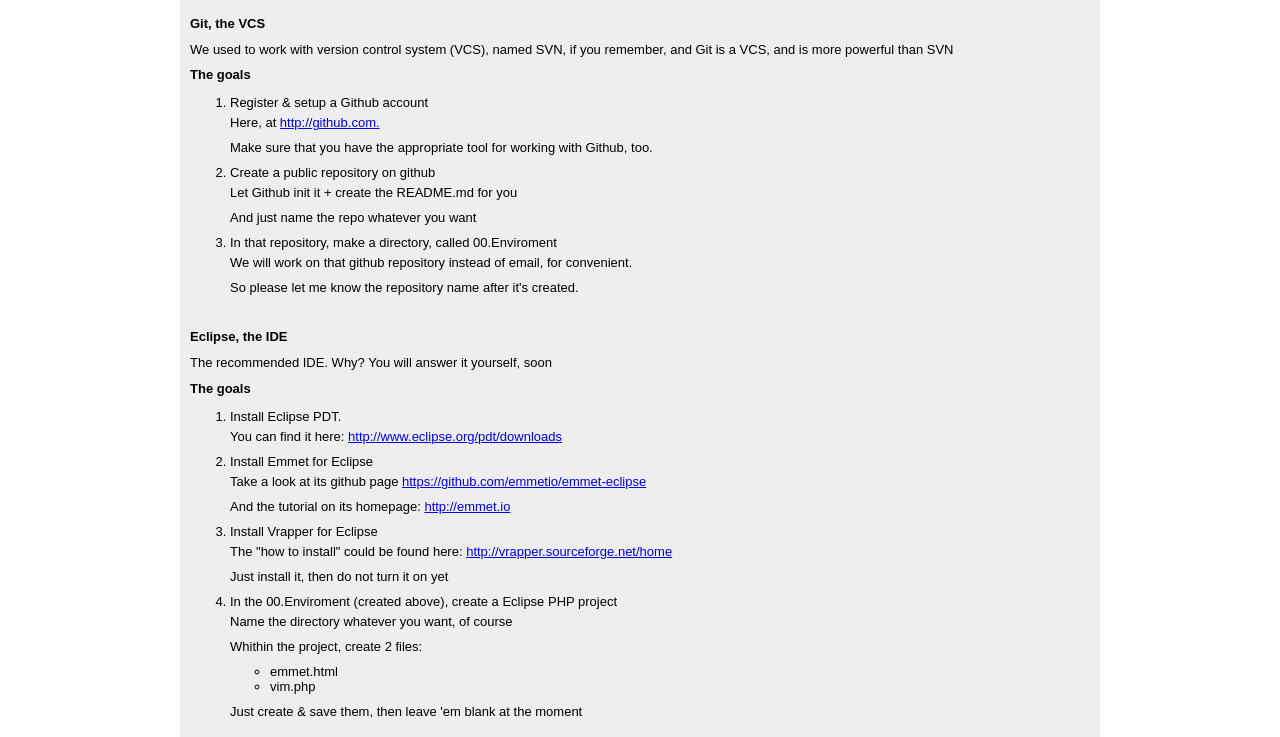
Repository: mrdo2010vn/00.enviroment
Page: 00.TestingEnviroment/emmet.html
These files come from the project's save history. The page is drawn as it stood at one moment and after the next save; the edit follows.
The browser window is 1280 px wide. The pictures show the whole page.

Above is the page before, as saved 2013-09-25 08:47:57.

### 00.TestingEnviroment/emmet.html
<!DOCTYPE html PUBLIC "-//W3C//DTD HTML 4.01 Transitional//EN" "http://www.w3.org/TR/html4/loose.dtd">
<html>
<head>
<meta http-equiv="Content-Type" content="text/html; charset=UTF-8">
<link rel="stylesheet" href="css/style.css" />
<title>00.Enviroment</title>
</head>
<body>
	<div class="part">
		<div class="title">
			<h2><span class="underscore">Git</span>, the VCS</h2>
			<p>We used to work with version control system (VCS), named SVN, if you remember, and Git is a VCS, and is more powerful than SVN</p>
		</div><!-- END .title -->
		<div class="content">
			<h2>The goals</h2>
			<ol>
				<li><span class="italic">Register & setup a Github account</span>
					<blockquote>
						<p>Here, at <a href="http://github.com">http://github.com.</a></p>
						<p>Make sure that you have the appropriate tool for working with Github, too.</p>
					</blockquote>
				</li>

				<li><span class="italic">Create a public repository on github</span>
					<blockquote>
						<p>Let Github init it + create the <span class="bold">README.md</span> for you</p>
						<p>And just name the repo whatever you want</p>
					</blockquote>
				</li>
				<li><span class="italic">In that repository, make a directory, called</span> <span class="bold italic">00.Enviroment</span>
					<blockquote>
						<p>We will work on that github repository instead of email, for convenient.</p>
						<p>So please let me know the repository name after it's created.</p>
					</blockquote>
				</li>
			</ol>
		</div><!-- END .content -->
	</div><!-- END .part -->

	<div class="part">
		<div class="title">
			<h2><span class="underscore">Eclipse</span>, the IDE</h2>
			<p>The recommended IDE. Why? You will answer it yourself, soon</p>
		</div><!-- END .title -->
		<div class="content">
			<h2>The goals</h2>
			<ol>
				<li><span class="italic">Install Eclipse PDT.</span>
					<blockquote>
						<p>You can find it here: <a href="http://www.eclipse.org/pdt/downloads">http://www.eclipse.org/pdt/downloads</a></p>
					</blockquote>
				</li>

				<li><span class="italic">Install Emmet for Eclipse</span>
					<blockquote>
						<p>Take a look at its github page <a href="https://github.com/emmetio/emmet-eclipse">https://github.com/emmetio/emmet-eclipse</a></p>
						<p>And the tutorial on its homepage: <a href="http://emmet.io">http://emmet.io</a></p>
					</blockquote>
				</li>
				<li><span class="italic">Install Vrapper for Eclipse</span>
					<blockquote>
						<p>The "how to install" could be found here: <a href="http://vrapper.sourceforge.net/home">http://vrapper.sourceforge.net/home</a></p>
						<p>Just install it, then <span class="bold">do not turn it on</span> yet</p>
					</blockquote>
				</li>
				<li><span class="italic">In the <span class="bold">00.Enviroment</span> (created above), create a Eclipse PHP project</span>
					<blockquote>
						<p>Name the directory whatever you want, of course</p>
						<p>Whithin the project, create 2 files:
							<ul>
								<li class="bold">emmet.html</li>
								<li class="bold">vim.php</li>
							</ul>
						</p>
						<p>Just create & save them, then leave 'em blank at the moment</p>
					</blockquote>
				</li>
			</ol>
		</div><!-- END .content -->
	</div><!-- END .part -->
</body>
</html>

### 00.TestingEnviroment/css/style.css
@CHARSET "UTF-8";

/* =============== HTML DEFAULT =============== */
html, body {
    margin: 0;
    padding: 0;
}
p, pre, blockquote{
    padding: 0;
    margin: 5px 0 10px 0;
}
html {
    font-size: 100%;
}
* {
	font-family: "Arial", sans-serif;
	font-size: 13px;
}

/* ================ PART ================ */
.part {
	width:900px;
	margin: 0 auto;
	padding: 5px 10px;
	background: #EEEEEE;
}

After the next save:
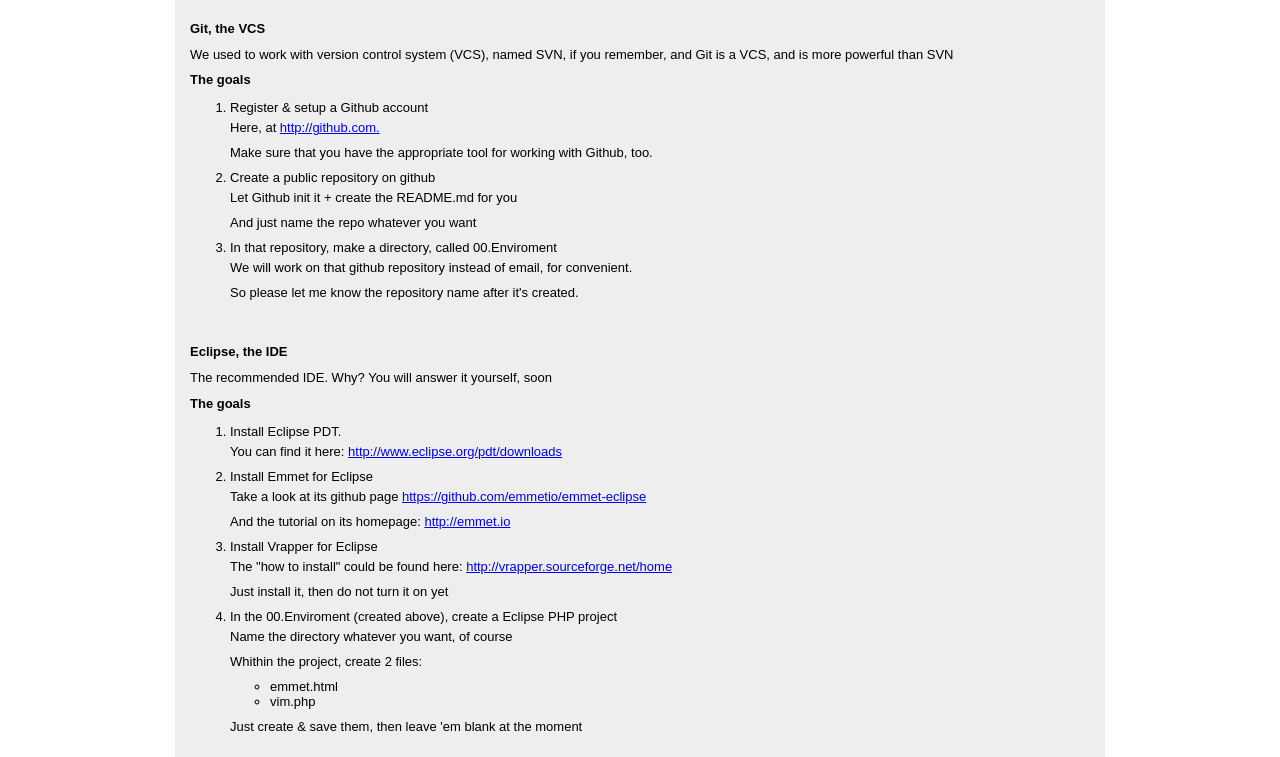
Saved 69 s later.
--- a/00.TestingEnviroment/css/style.css
+++ b/00.TestingEnviroment/css/style.css
@@ -21,6 +21,6 @@
 .part {
 	width:900px;
 	margin: 0 auto;
-	padding: 5px 10px;
+	padding: 10px 15px;
 	background: #EEEEEE;
 }
